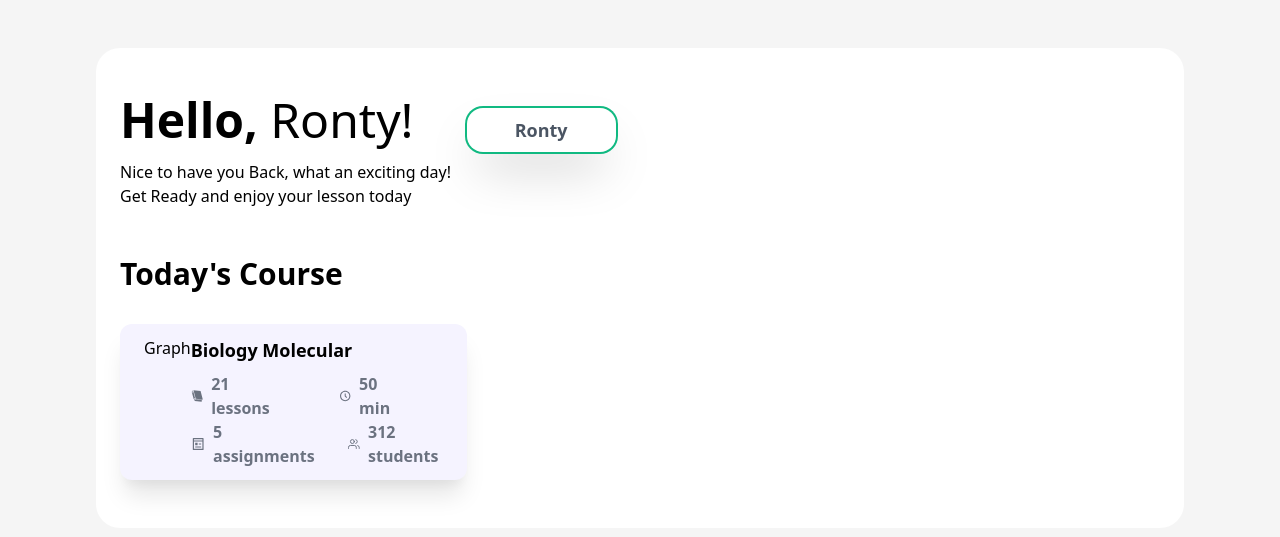
Repository: coolronts/Vite-Tailwind
Page: /
An editor plug-in stored every save of this project. The page is shown before and after the next save, followed by the edit.
The browser window is 1280 px wide. The pictures show the whole page.
The project was rebuilt for these pictures with package versions that can differ from the ones it lists, and the page was loaded fresh each time. Also part of the build but not shown: vite.config.js.

Above is the page before, as saved 2021-11-26 07:46:18.

### src/App.jsx
import './App.css'

import {Course, Intro} from './Section'
import { PrimaryButton, SecondaryButton } from './components/Button'

import {PrimaryCard} from './components/Card'
import SplitScreen from './components/SplitScreen'
import { useState } from 'react'

function App() {

  return (
    <div className="App bg-white my-12 mx-24 rounded-3xl px-6 py-12">
      <SplitScreen leftWeight = 'w-1/3'>
        <div id="left">
          <Intro/>
          <div id="course">
            <p className="text-3xl font-bold  font-sans mb-8">Today's Course</p>
            <PrimaryCard>
              <Course/>
            </PrimaryCard>
          </div>

        </div>

        <div id="right">
          <SecondaryButton name="Ronty"/>
        </div>


      </SplitScreen>
    </div>
  )
}

export default App

### src/Section/index.js
import Course from "./Course";
import Intro from "./Intro";

export { Intro, Course };

### src/components/Button/index.jsx
import React from 'react'

export const PrimaryButton = ({name}) =>{
  return (
    <button className="bg-green-500 px-12 py-2 ring-2 ring-green-500 text-white text-lg font-semibold shadow-2xl rounded-2xl mt-3">
      {name}
    </button>
  )
}

export const SecondaryButton = ({name}) =>{
  return (
    <button className="bg-white px-12 py-2 ring-2 ring-green-500 text-gray-600 text-lg font-semibold shadow-2xl rounded-2xl mt-3">
      {name}
    </button>
  )
}

### src/components/Card/index.jsx
import React from 'react'

export const PrimaryCard =({children})=> {
  return (
    <div className="bg-purple-50 py-3 px-6  rounded-xl shadow-xl">
      {children}
    </div>
  )
}

### src/components/SplitScreen/index.jsx
import PropTypes from 'prop-types'
import React from "react"
import tw from "tailwind-styled-components"

const Container = tw.div`${(props) => props.weight}`;

const Pane = tw.div`${(props) => props.weight}`;

const SplitScreen = ({
	children,
	containerWeight = 'flex w-full',
  leftWeight = 'w-1/2',
	rightWeight = 'w-1/2',
}) => {
	const [left, right] = children;
	return (
		<Container className={containerWeight}>
			<Pane className={leftWeight}>
				{left}
			</Pane>
			<Pane className={rightWeight}>
				{right}
			</Pane>
		</Container>
	);
}

export default SplitScreen

SplitScreen.propTypes = {
	children: PropTypes.arrayOf(PropTypes.node).isRequired,
	containerWeight: PropTypes.string,
	leftWeight: PropTypes.string,
	rightWeight: PropTypes.string,
}

### src/Section/Course/index.jsx
import {BiTimeFive} from 'react-icons/bi'
import {FiUsers} from 'react-icons/fi'
import { GiWhiteBook } from 'react-icons/gi'
import React from 'react'
import { RiPagesLine } from 'react-icons/ri'
import SplitScreen from '../../components/SplitScreen'

export default function Course() {
  return (
    <SplitScreen leftWeight = 'w-1/5' rightWeight = 'w-full'>
      <div id="left">
        Graph
      </div>
      <div id="right">
        <h4 className="font-bold text-lg mb-2">Biology Molecular</h4>
        <div className="flex flex-col w-5/6">
          <div className="flex  text-gray-500 font-semibold ">
            <p className="flex items-center mr-16"> <GiWhiteBook className="mr-2"/>  21 lessons</p>
            <p className="flex items-center"> <BiTimeFive className="mr-2"/>  50 min</p>
          </div>
          <div className="flex  text-gray-500 font-semibold text-left">
            <p className="flex items-center mr-8"> <RiPagesLine className="mr-2"/>  5 assignments</p>
            <p className="flex items-center"> <FiUsers className="mr-2"/>  312 students</p>
          </div>
        </div>
      </div>
    </SplitScreen>
  )
}

### src/Section/Intro/index.jsx
import React from 'react'

export default function Intro({name}) {
  return (
    <div className="mb-12">
      <h3 className="text-5xl font-sans font-bold mb-4">Hello, <span className="font-light">Ronty!</span> </h3>
      <div className="font-semibold tracking-wide text-gray-500">

      </div>
      <h5>Nice to have you Back, what an exciting day!</h5>
      <h5>Get Ready and enjoy your lesson today</h5>
    </div>
  )
}

Loaded but not shown: index.html (common file); src/main.jsx (common file); src/index.css (common file); src/App.css (common file); tailwind.config.js (common file)

After the next save:
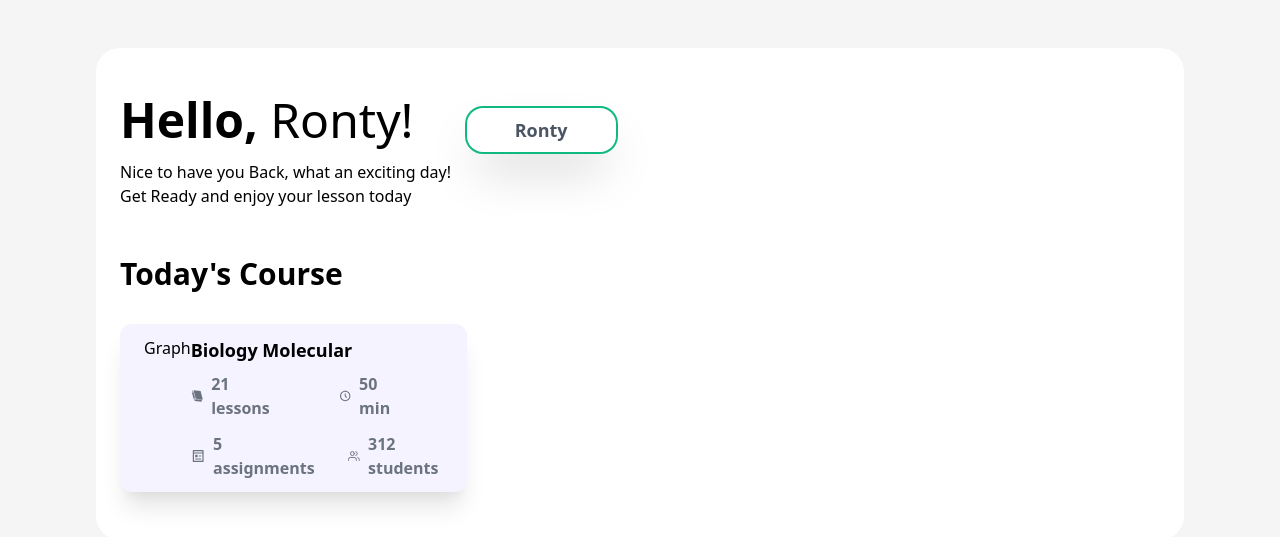
Saved 10 s later.
--- a/src/Section/Course/index.jsx
+++ b/src/Section/Course/index.jsx
@@ -14,7 +14,7 @@ export default function Course() {
       <div id="right">
         <h4 className="font-bold text-lg mb-2">Biology Molecular</h4>
         <div className="flex flex-col w-5/6">
-          <div className="flex  text-gray-500 font-semibold ">
+          <div className="flex  text-gray-500 font-semibold mb-3">
             <p className="flex items-center mr-16"> <GiWhiteBook className="mr-2"/>  21 lessons</p>
             <p className="flex items-center"> <BiTimeFive className="mr-2"/>  50 min</p>
           </div>
